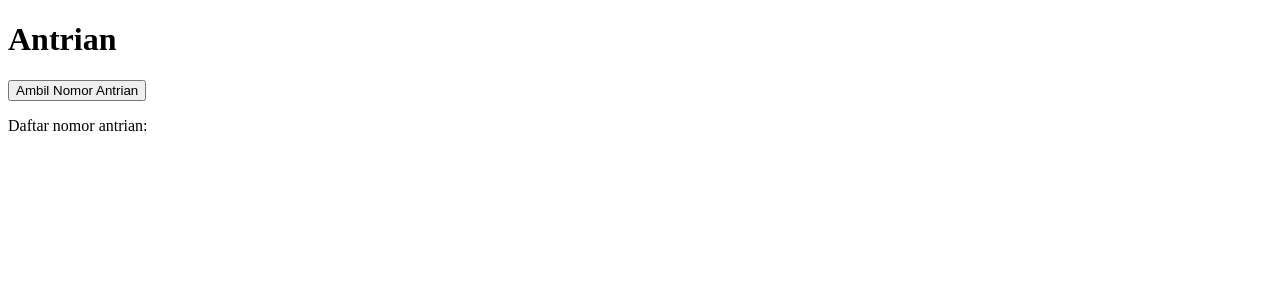
Repository: IwanWinata/AntriApps
Page: AntriApps/src/main/webapp/index.html
The author's editor kept a copy of each file at every save. The page is drawn from the files as they stood at one save, then again after the next save.
The browser window is 1280 px wide. The pictures show the whole page.

Above is the page before, as saved 2024-01-14 03:20:54.

### AntriApps/src/main/webapp/index.html
<!DOCTYPE html>
<html lang="en">
<head>
    <meta charset="UTF-8">
    <title>Antrian</title>
</head>
<body>
    <h1>Antrian</h1>

    <form action="antrian.jsp" method="post">
        <input type="submit" value="Ambil Nomor Antrian">
    </form>

    <p>Daftar nomor antrian:</p>
    <ul>
    </ul>
</body>
</html>

After the next save:
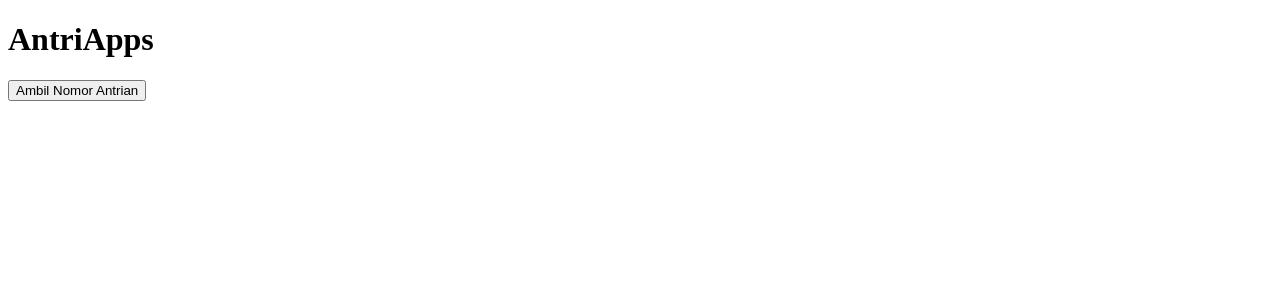
Saved 7 s later.
--- a/AntriApps/src/main/webapp/index.html
+++ b/AntriApps/src/main/webapp/index.html
@@ -2,16 +2,15 @@
 <html lang="en">
 <head>
     <meta charset="UTF-8">
-    <title>Antrian</title>
+    <title>AntriApps</title>
 </head>
 <body>
-    <h1>Antrian</h1>
+    <h1>AntriApps</h1>
 
-    <form action="antrian.jsp" method="post">
+    <form action="AntrianServlet" method="post">
         <input type="submit" value="Ambil Nomor Antrian">
     </form>
 
-    <p>Daftar nomor antrian:</p>
     <ul>
     </ul>
 </body>
